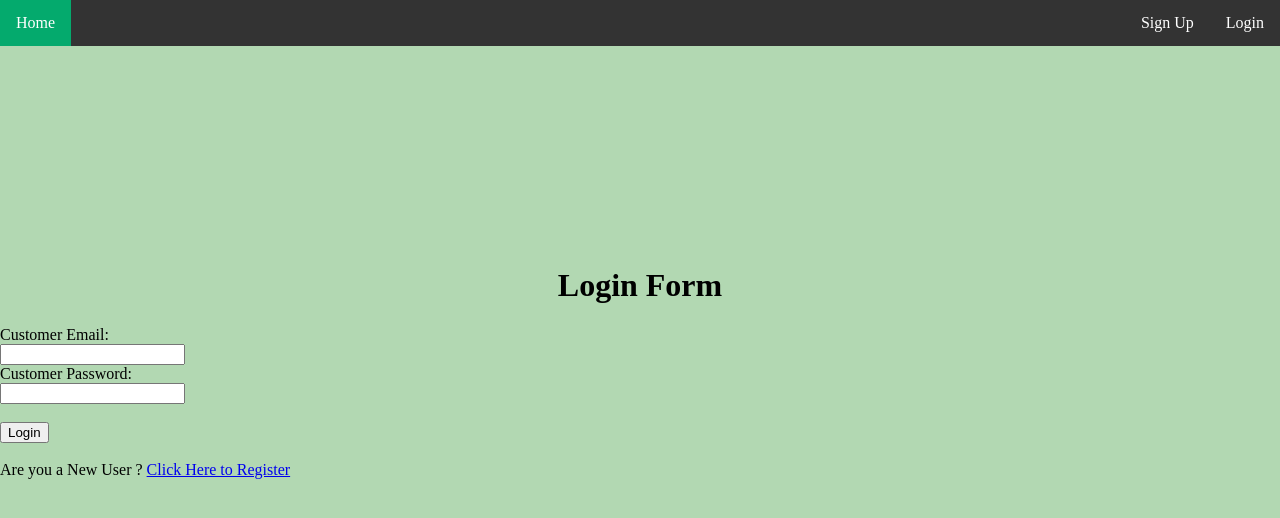
Repository: sach7691/original-book-store
Page: http://localhost/online-book-store-application/login.jsp
An editor plug-in stored every save of this project. The page is shown before and after the next save, followed by the edit.
The browser window is 1280 px wide. The pictures show the whole page.
The page is served by Tomcat 9.

Above is the page before, as saved 2022-08-25 17:28:34.

After the next save:
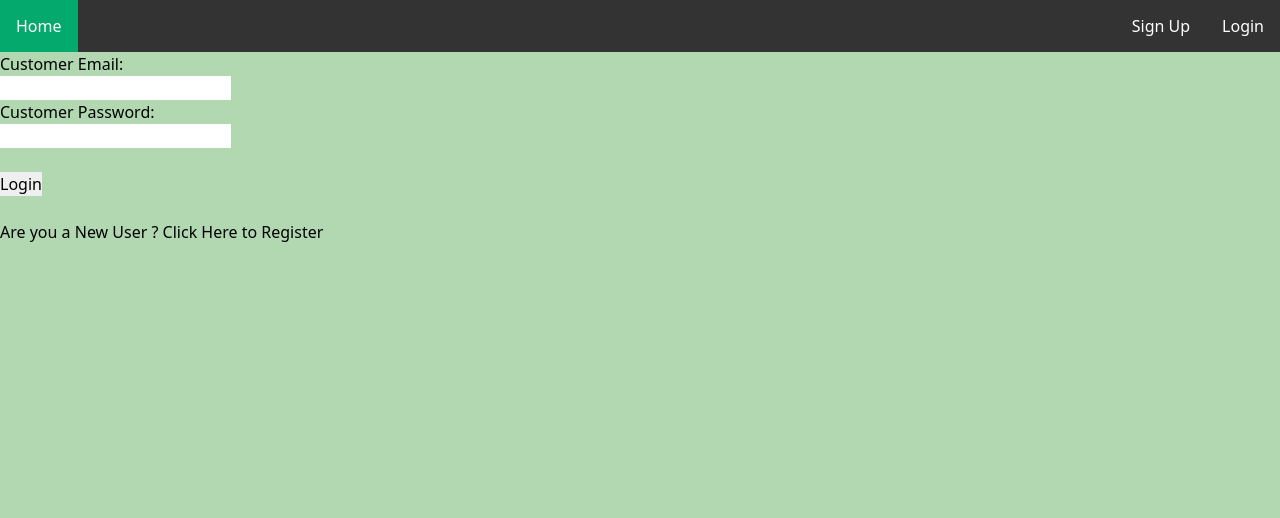
Saved 52 s later.
--- a/online-book-store-application/src/main/webapp/login.jsp
+++ b/online-book-store-application/src/main/webapp/login.jsp
@@ -71,6 +71,7 @@ ul.topnav li.right {float: right;}
 </ul>
 </div>
 
+<link href="https://unpkg.com/tailwindcss@%5E1.0/dist/tailwind.min.css"  rel="stylesheet">
 
 
 
@@ -83,8 +84,6 @@ ul.topnav li.right {float: right;}
 
 
 
-
-	<h1>Login Form</h1>
 	<form
 		action="http://localhost:8080/online-book-store-application/LoginCustomerServlet" method="POST">
 		<label for="customerEmail">Customer Email:</label><br> <input
